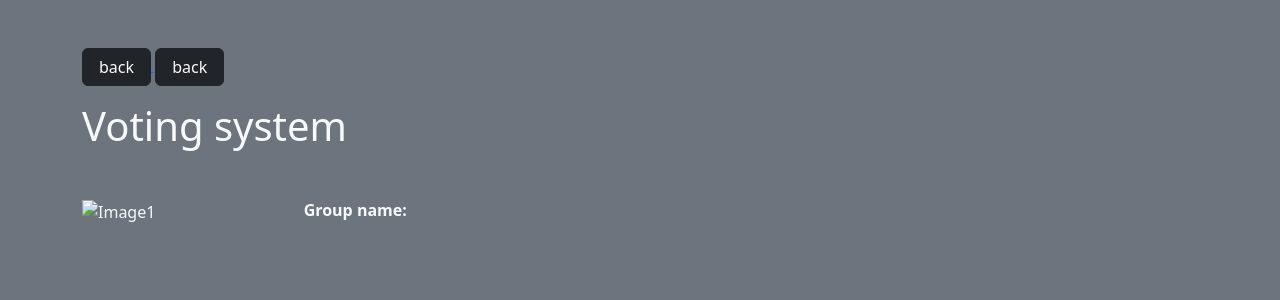
Repository: AvinashLikesToLearnNewStuff/VotingSite
Page: http://localhost/partials/dashboard.php
An editor plug-in stored every save of this project. The page is shown before and after the next save, followed by the edit.
The browser window is 1280 px wide. The pictures show the whole page.
The page is run by PHP 8.4 with error messages shown; the project is at /var/www/html/. The session is filled in as if someone had signed in: {"groups": 1, "id": 1, "status": 1, "data": {"id": 1, "_id": "000000000000000000000001", "name": "Test User", "username": "testuser", "email": "test@example.com", "role": "admin"}}.

Above is the page before, as saved 2023-03-10 19:45:47.

After the next save:
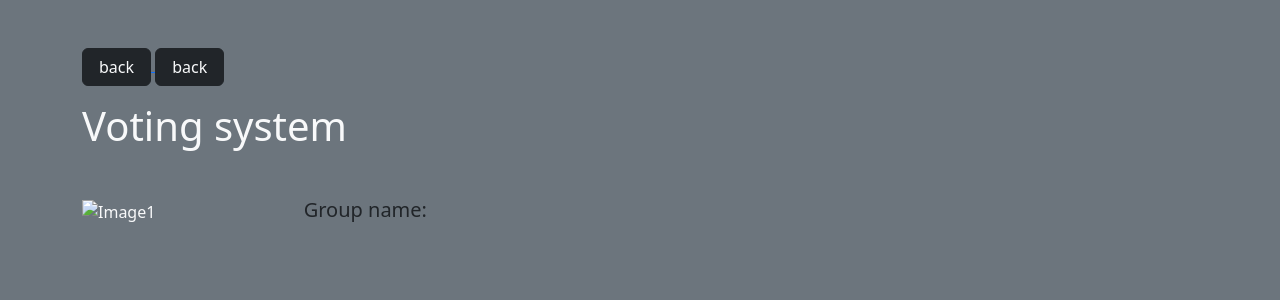
Saved 54 s later.
--- a/partials/dashboard.php
+++ b/partials/dashboard.php
@@ -31,7 +31,7 @@
 <img src="" alt="Image1">
             </div>
             <div class="col-md-8">
-<strong >Group name:</strong>
+<strong class="text-dark h5">Group name:</strong>
             </div>
         </div>
     </div>
